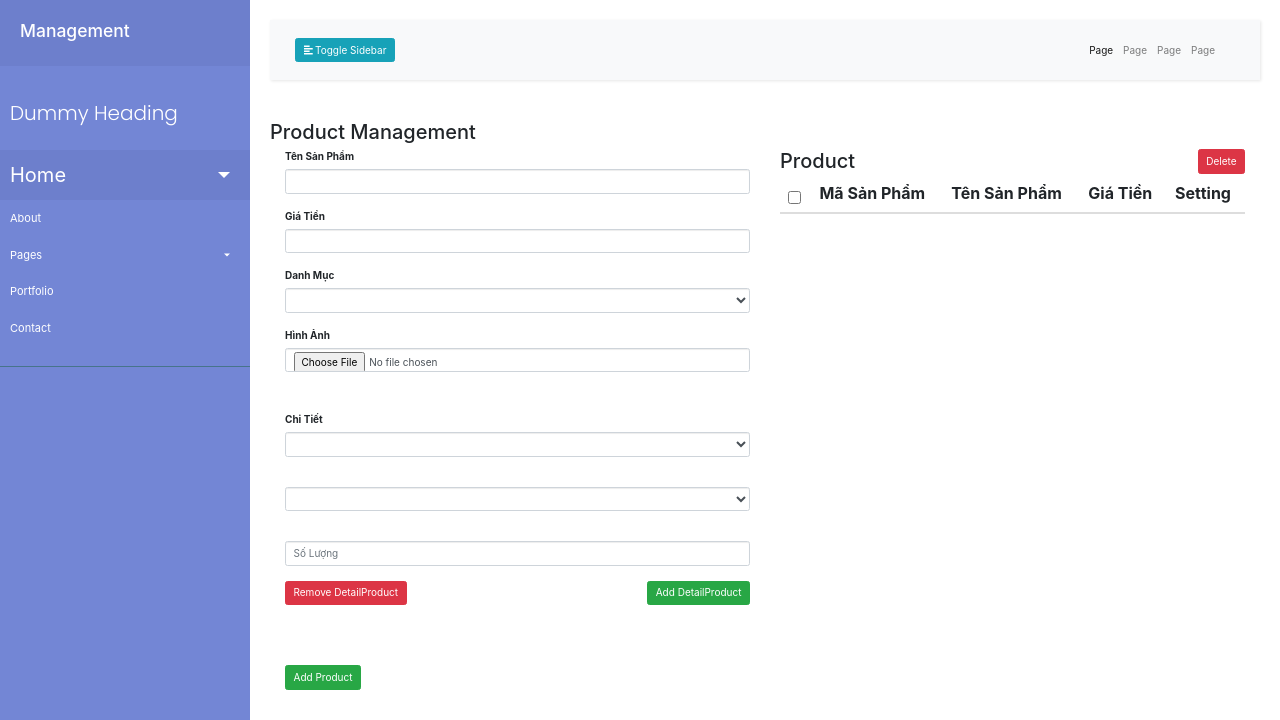
Repository: tiendungnguyen738/shoponline
Page: http://localhost/shoponline/WEB-INF/views/Product_Admin.jsp
The author's editor kept a copy of each file at every save. The page is drawn from the files as they stood at one save, then again after the next save.
The browser window is 1280 px wide. The pictures show the whole page.
Some web libraries are served in a nearby version. The page is served by Tomcat 9. Nobody is signed in. The template is opened directly, without the code that normally fills it, so the values that code supplies are empty.

Above is the page before, as saved 2019-09-24 13:55:33.

After the next save:
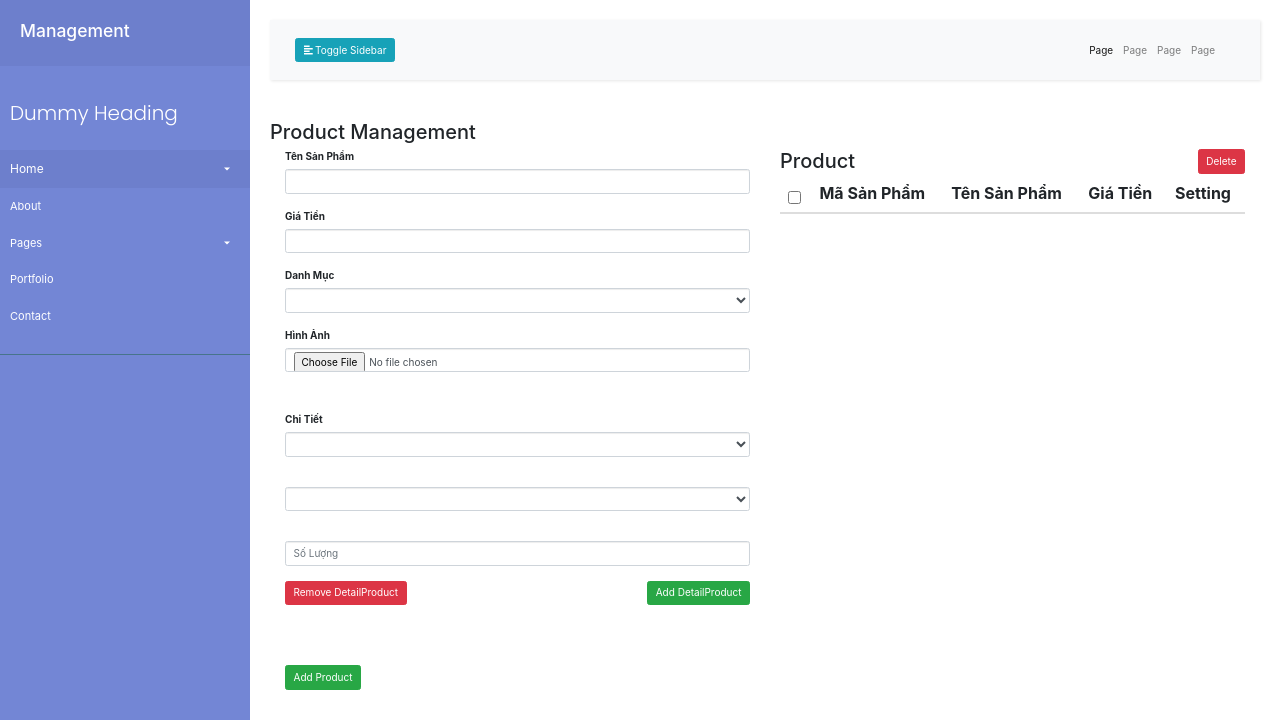
Saved 13 s later.
--- a/shoponline/src/main/webapp/resources/admin/style.css
+++ b/shoponline/src/main/webapp/resources/admin/style.css
@@ -99,7 +99,7 @@ a:focus {
 a[aria-expanded="true"] {
     color: #fff;
     background: #6d7fcc;
-     font-size: 2em;
+     font-size: 1.2em;
 }
 
 a[data-toggle="collapse"] {
